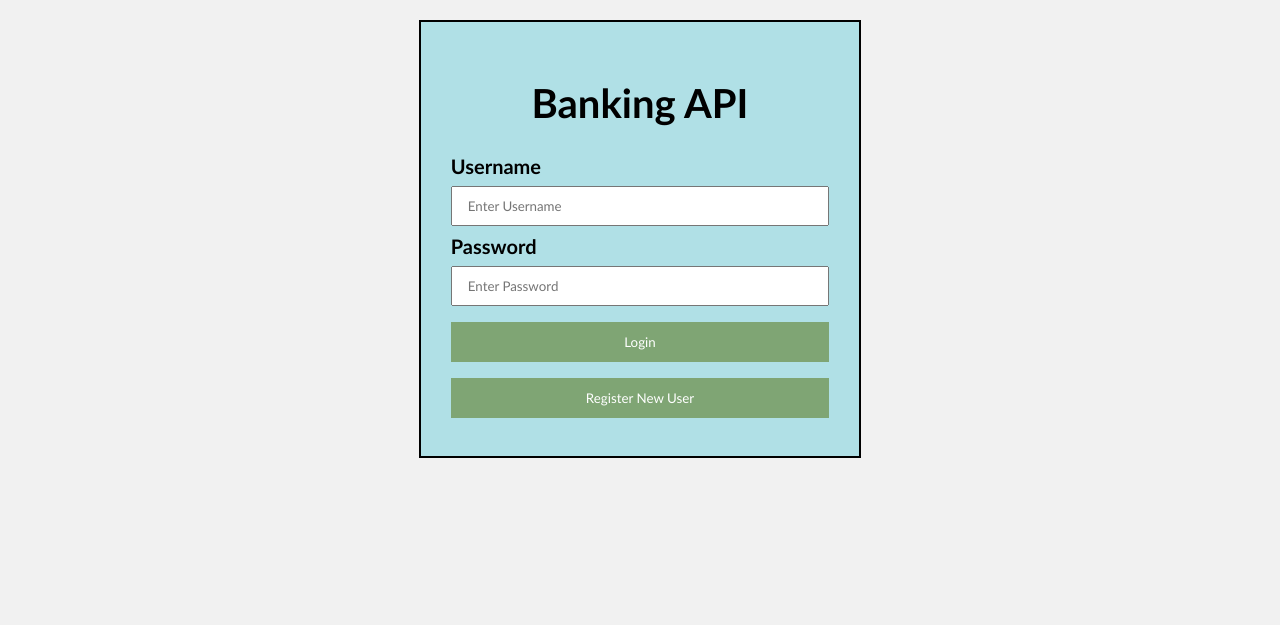
Repository: kennyufish/Revature_ROCP1_Project_Banking_API
Page: http://localhost/banking_api/loginUser
An editor plug-in stored every save of this project. The page is shown before and after the next save, followed by the edit.
The browser window is 1280 px wide. The pictures show the whole page.
The page is served by Tomcat 9. Other server files are loaded and not shown.

Above is the page before, as saved 2020-10-10 16:14:03.

### banking_api/src/main/webapp/index.html
<!DOCTYPE html>
<html>
<head>
<meta charset="ISO-8859-1">
<title>Banking API Login</title>
<link rel="stylesheet" type="text/css" href="bankapi.css"/>
</head>
<body style="background-color: #f1f1f1">
	<div class="loginLayout">
		<h1 align="center">Banking API</h1>
		<form action="loginUser" method="post">
			<label for="username"><b>Username</b></label>
			<input class="loginInput" type="text" name="username" placeholder="Enter Username" required>
			<label for="password"><b>Password</b></label>
			<input class="loginInput" type="password" name="password" placeholder="Enter Password" required>
			<button type="submit">Login</button>
		</form>

		<form action="registerNewUser">
			<button>Register New User</button>
		</form>
	</div>
</body>
</html>

### banking_api/src/main/java/com/app/banking/controller/LoginController.java
package com.app.banking.controller;

import java.io.IOException;
import java.io.PrintWriter;

import javax.servlet.RequestDispatcher;
import javax.servlet.ServletException;
import javax.servlet.http.HttpServlet;
import javax.servlet.http.HttpServletRequest;
import javax.servlet.http.HttpServletResponse;
import javax.servlet.http.HttpSession;

import com.app.banking.exception.BusinessException;
import com.app.banking.model.User;
import com.app.banking.service.LoginService;
import com.app.banking.service.LoginServiceImpl;


/**
 * Servlet implementation class LoginController
 */
public class LoginController extends HttpServlet {
    /**
	 *
	 */
	private static final long serialVersionUID = 1L;

	/**
     * @see HttpServlet#HttpServlet()
     */
    public LoginController() {
        super();
        // TODO Auto-generated constructor stub
    }

	/**
	 * @see HttpServlet#service(HttpServletRequest request, HttpServletResponse response)
	 */
	@Override
	protected void doPost(HttpServletRequest request, HttpServletResponse response) throws ServletException, IOException {
		System.out.println("Accessing LoginController...");
		HttpSession session=request.getSession();
		response.setContentType("text/html");
		User user=new User();
		user.setUsername(request.getParameter("username"));
		user.setPassword(request.getParameter("password"));

		LoginService service=new LoginServiceImpl();
		RequestDispatcher requestDispatcher=null;
		PrintWriter out=response.getWriter();

		session.setAttribute("user", user);

		try {
			if(service.isValidUserCredentials(user)) {
				//success
				response.sendRedirect("userInfo");
//				requestDispatcher=request.getRequestDispatcher("displayInfo");
//				requestDispatcher.forward(request, response);
			}
		} catch (BusinessException e) {
			//failure
			requestDispatcher=request.getRequestDispatcher("index.html");
			requestDispatcher.include(request, response);
			out.print("<center><span style='color:red;'>"+e.getMessage()+"</span></center>");
		}

	}

	@Override
	protected void doGet(HttpServletRequest request, HttpServletResponse response) throws ServletException, IOException {

		HttpSession session=request.getSession();
		response.setContentType("text/html");
		RequestDispatcher requestDispatcher=null;
		PrintWriter out=response.getWriter();

		session.invalidate();
		requestDispatcher=request.getRequestDispatcher("index.html");
		out.print("<div><h1 class='topNoticeGreen'>Logout Successfully<h1></div>");
		requestDispatcher.forward(request, response);

	}
}

### banking_api/src/main/webapp/bankapi.css
* {
	font-family: "Trebuchet MS", Arial, Helvetica, sans-serif;
	box-sizing: border-box;
}

.loginInput {
	width: 100%;
	padding: 10px 15px;
	margin: 8px 0;
	display: inline-block;
	boxing-sizing: border-box;
}

.loginLayout {
	font-size: 20px;
	background-color: powderblue;
	border: 2px solid black;
	padding: 30px;
	width: 35%;
	margin: 20px auto;
}

.topNoticeGreen {
	color: black;
	background-color: green;
	width: 100%;
	padding: 20px;
	text-align: center;
}

.topNoticeWarning {
	color: black;
	background-color: red;
	width: 100%;
	padding: 20px;
	text-align: center;
}

.topNoticeUpdateSuccess {
	color: white;
	background-color: green;
	width: 100%;
	padding: 20px;
	text-align:left;
}

.topNoticeUpdateFail {
	color: black;
	background-color: red;
	width: 100%;
	padding: 20px;
	text-align:left;
}

.userInfoHeader {
	background-color: #007AA6;
}

.userModifyInput {
	width: 100%;
}

.UserLayout {
	font-size: 20px;
	background-color: powderblue;
	border: 2px solid black;
	padding: 20px;
	width: 100%;
	height: 550px;
	margin: 0 auto;
}

.logoutButton {
	background-color: red;
	color: white;
	padding: 12px 15px;
	margin: 8px 0;
	border: none;
	cursor: pointer;
	width: 100%;
	margin-top: 150px;
}

.subHeading1 {
	font-size: 25px;
	background-color: #007AA6;
	color: white;
	padding: 12px 10px;
	margin: 8px 0;
	border: none;
	width: 800px;
	display: block;
}

.smallButton {
	background-color: #804000;
	color: white;
	padding: 12px 10px;
	margin: 8px 0;
	margin-right:8px;
	border: none;
	cursor: pointer;
	width: 150px;
}

.smallButtonFullWidth {
	background-color: #804000;
	color: white;
	padding: 12px 10px;
	margin: 8px 0;
	margin-right:8px;
	border: none;
	cursor: pointer;
	width: 100%;
}

.findBar{
	width: 640px;
	display: inline;
	float: left;
	border-style:hidden;
}

.findButton{
	float:left;
	margin-left:10px;
}

/*Common styling*/
header{
	opacity: 0.7;
	color: white;
	padding: 30px;
	font-size: 30px;
	height: 100px;
	width: 100%;
}
nav{
	float: left;
	width: 200px;
	background-color: #5BBCDF;
	padding: 20px;
	height: 500px;
}
article {
	witdth: 100%;
	height: 500px;
	background-color: powderblue;
	padding: 20px;
	margin-left: 200px;
	overflow: auto;
}

th {
	background-color: #007AA6;
	color: white;
}

tr:hover {
	background-color: #7FA574;
}

table, td, th {
	border-collapse: collapse;
	text-align: left;
	border: 1px solid black;
	padding: 8px 15px;
	width:800px;
}

button {
	background-color: #7FA574;
	color: white;
	padding: 12px 10px;
	margin: 8px 0;
	border: none;
	cursor: pointer;
	width: 100%;
}

button:hover {
	opacity: 0.7
}

After the next save:
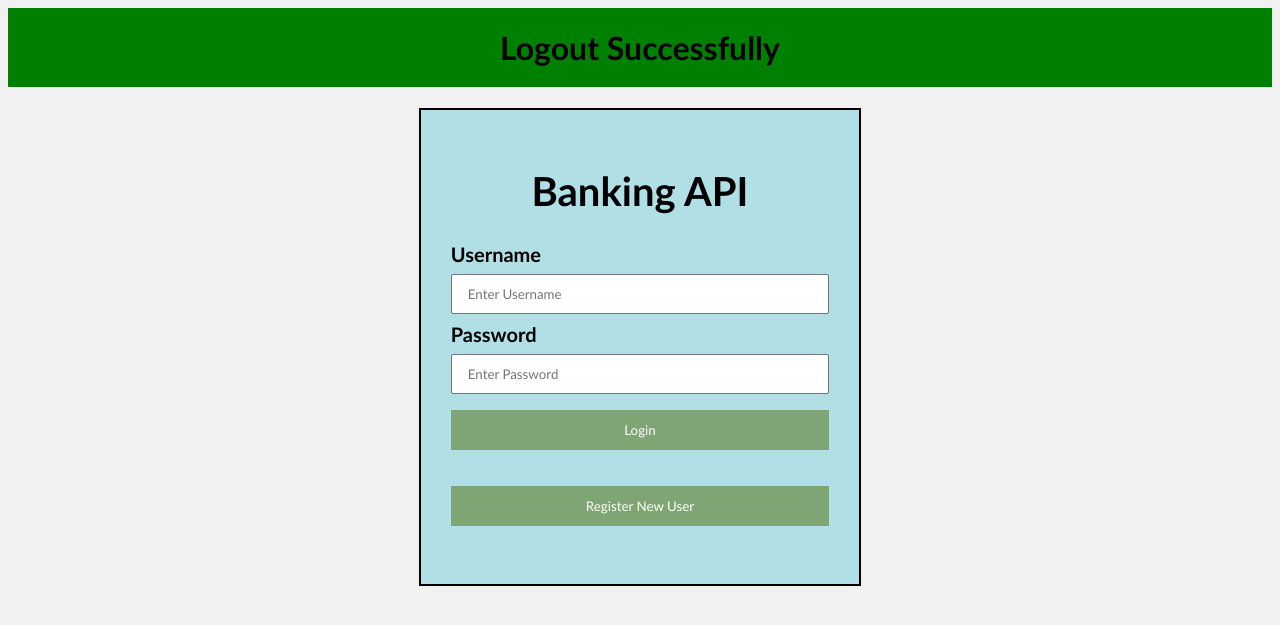
Saved 36 s later.
--- a/banking_api/src/main/java/com/app/banking/controller/LoginController.java
+++ b/banking_api/src/main/java/com/app/banking/controller/LoginController.java
@@ -78,7 +78,7 @@ public class LoginController extends HttpServlet {
 		session.invalidate();
 		requestDispatcher=request.getRequestDispatcher("index.html");
 		out.print("<div><h1 class='topNoticeGreen'>Logout Successfully<h1></div>");
-		requestDispatcher.forward(request, response);
+		requestDispatcher.include(request, response);
 
 	}
 }
